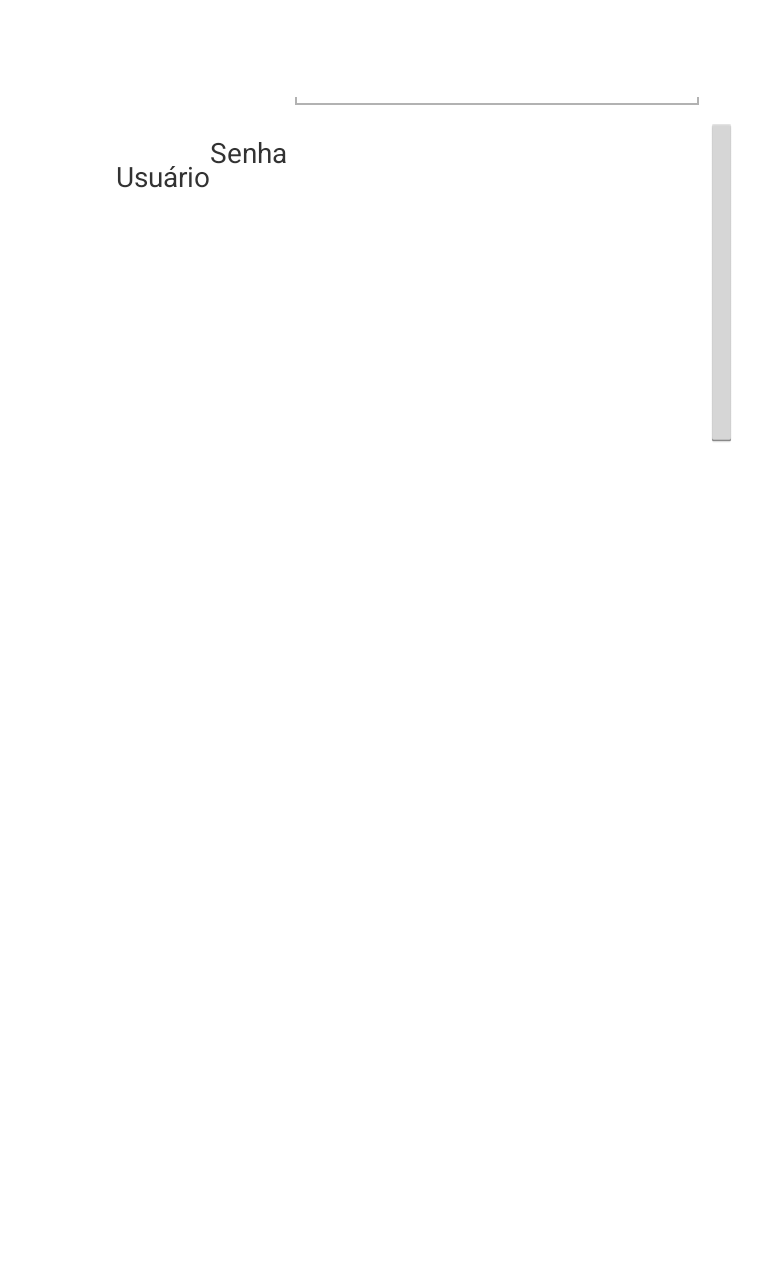
Repository: lmqs/ProjetoAndroid
Layout: QuestoesConcursos/res/layout/activity_login.xml
These files come from the project's save history. The layout is drawn as it stood at one moment and after the next save; the edit follows.
It is drawn on a 768 x 1280 px phone screen (xhdpi) without system bars, with theme AppTheme; the app's code is not run.

Above is the layout before, as saved 2014-04-26 17:14:05.

After the next save:
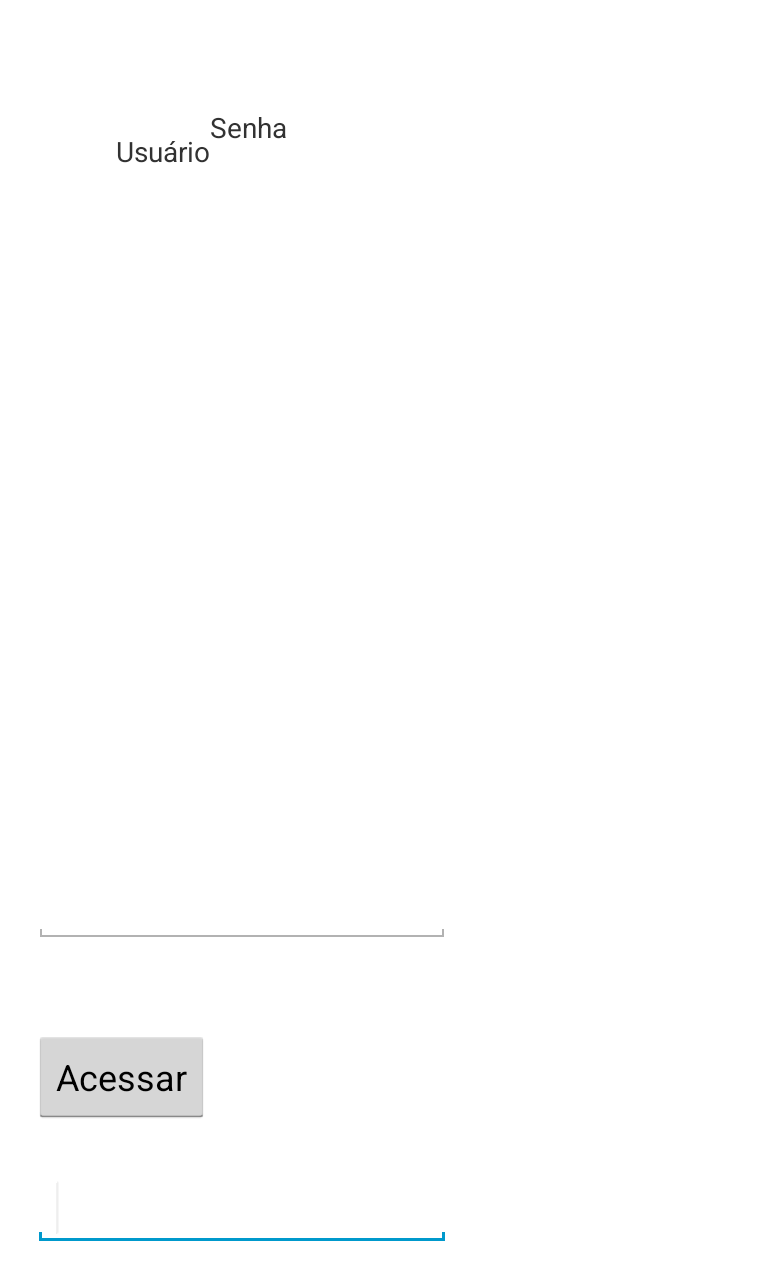
Saved 2 min 27 s later.
--- a/QuestoesConcursos/res/layout/activity_login.xml
+++ b/QuestoesConcursos/res/layout/activity_login.xml
@@ -2,36 +2,38 @@
     xmlns:tools="http://schemas.android.com/tools"
     android:layout_width="match_parent"
     android:layout_height="match_parent"
+    android:orientation="vertical"
     android:paddingBottom="@dimen/activity_vertical_margin"
     android:paddingLeft="@dimen/activity_horizontal_margin"
     android:paddingRight="@dimen/activity_horizontal_margin"
     android:paddingTop="@dimen/activity_vertical_margin"
-    tools:context=".Login">
+    tools:context=".Login" >
 
+    <LinearLayout
+        android:layout_width="148dp"
+                android:layout_weight="0.33"
+        android:orientation="horizontal" >
 
+        <TextView
+            android:id="@+id/textView1"
+            android:layout_width="wrap_content"
+            android:layout_height="wrap_content"
+            android:layout_marginLeft="42dp"
+            android:layout_marginTop="50dp"
+            android:text="@string/lblnome" />
 
-
-    <TextView
-        android:id="@+id/textView1"
-        android:layout_width="wrap_content"
-        android:layout_height="wrap_content"
-         android:layout_marginLeft="42dp"
-        android:layout_marginTop="50dp"
-        android:text="@string/lblnome" />
-
-    <TextView
-        android:id="@+id/textView2"
-        android:layout_width="wrap_content"
-        android:layout_height="wrap_content"
-
-        android:layout_marginTop="38dp"
-        android:text="@string/lblSenha" />
+        <TextView
+            android:id="@+id/textView2"
+            android:layout_width="wrap_content"
+            android:layout_height="wrap_content"
+            android:layout_marginTop="38dp"
+            android:text="@string/lblSenha" />
+    </LinearLayout>
 
     <EditText
         android:id="@+id/txtNomeUsuario"
         android:layout_width="wrap_content"
         android:layout_height="wrap_content"
-
         android:ems="10"
         android:inputType="text|number" />
 
@@ -39,7 +41,6 @@
         android:id="@+id/button1"
         android:layout_width="wrap_content"
         android:layout_height="wrap_content"
-
         android:layout_marginTop="42dp"
         android:text="@string/btnLogar" />
 
@@ -47,7 +48,6 @@
         android:id="@+id/editText1"
         android:layout_width="wrap_content"
         android:layout_height="wrap_content"
-
         android:layout_marginTop="22dp"
         android:ems="10"
         android:inputType="text|number" >
